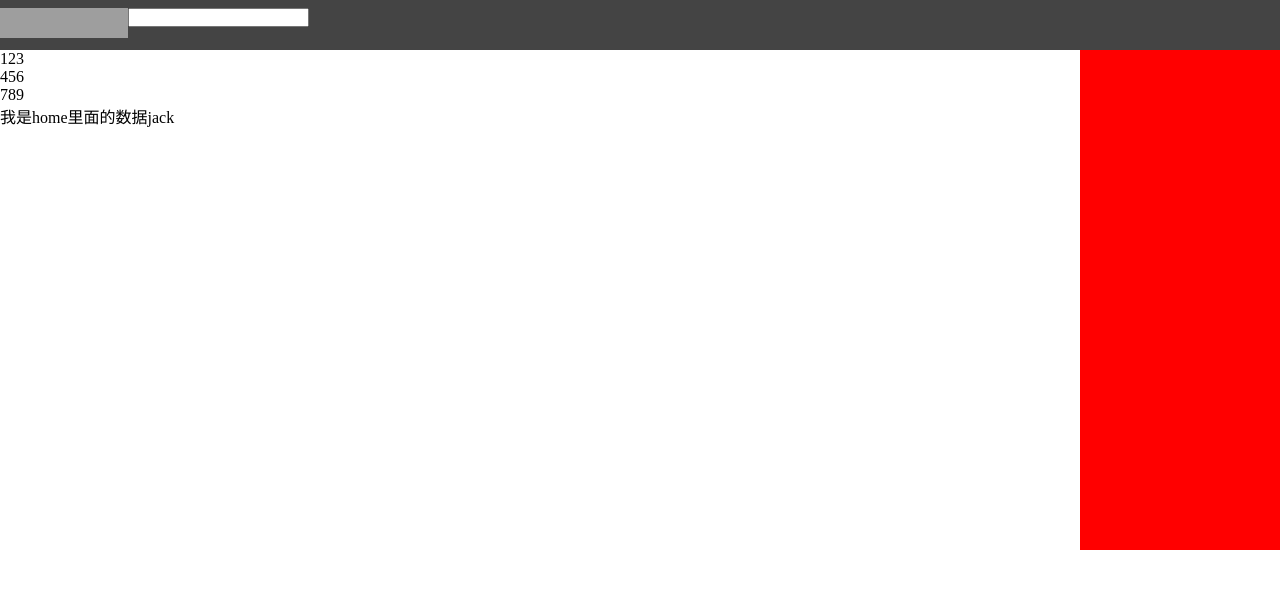
Repository: jinggegeZ/cnode
Page: /
These files come from the project's save history. The page is drawn as it stood at one moment and after the next save; the edit follows.
The browser window is 1280 px wide. The pictures show the whole page.
Pictures or frames that could not be fetched are drawn as grey boxes. The project was rebuilt for these pictures with package versions that can differ from the ones it lists, and the page was loaded fresh each time.

Above is the page before, as saved 2020-06-05 11:32:44.

### src/App.vue
<template>
  <div id="app">
    <router-view/>
  </div>
</template>

<style lang="scss">
   * {
  margin: 0;
  padding: 0;
 }
</style>

### src/router/index.js
import Vue from 'vue'
import VueRouter from 'vue-router'
import Home from '../views/Home.vue'
import layout from '../views/layout1/layout'

Vue.use(VueRouter)

  const routes = [
    {
      path:'/home',
      redirect:'/'
    },
  {
    path:'/',
    name:'layout',
    component: layout,
    children: [
      {
        path: '',
        name: 'Home',
        component: Home
      },
    ]
  },

  {
    path: '/about',
    name: 'About',
    component: () => import('../views/About.vue')
  },
  {
    path: '/parents',
    name: 'parents',
    component: () => import('../views/parents/parents.vue'),

  },
]

const router = new VueRouter({
  mode: 'history',
  base: process.env.BASE_URL,
  routes
})

export default router

### src/store/index.js
import Vue from 'vue'
import Vuex from 'vuex'

Vue.use(Vuex)

export default new Vuex.Store({
  state: {
    name:'jack'
  },
  mutations: {
  },
  actions: {
  },
  modules: {
  }
})

### src/views/Home.vue
<template>
 <div>
  <div>123</div>
  <div>456</div>
  <div>789</div>
  <div>我是home里面的数据{{name}}</div>
 </div>
</template>

<script>

 export default {
   data () {
     return {

     }
   },
   components: {

   },
   methods: {

   },
   mounted() {

   },
   watch: {

   },
   computed: {
     name() {
       return this.$store.state.name
     }
   }
 }
</script>

<style scoped>

</style>

### src/views/layout1/layout.vue
<template>
 <div>
    <div class="container">

            <div class="top">
            <top></top>
            </div>

        <div class="content">
            <div>
                <router-view></router-view>
            </div>
            <div class="right">
                <right></right>
            </div>
        </div>
        <div class="below">
            <foot></foot>
        </div>
    </div>
 </div>
</template>

<script>
    import top from '../../components/top/top'
    import right from '../../components/right/right'
    import foot from '../../components/foot/foot'
 export default {
     name:'layout',
   data () {
     return {

     }
   },
   components: {
       top,
       right,
       foot,
   },
   methods: {

   },
   mounted() {

   },
   watch: {

   },
   computed: {
   }
 }
</script>

<style scoped>
    .container {
        width: 100%;
    }


</style>

### src/components/top/top.vue
<template>
 <div>
    <div class="top">
    <div class="box">
        <div class="b-left">
            <div><img src="//static2.cnodejs.org/public/images/cnodejs_light.svg" alt="" width="128px" height="30px"></div>
            <div class="ipt"><input type="text"></div>
        </div>
        <div></div>
    </div>
    </div>
 </div>
</template>

<script>
 export default {
   data () {
     return {

     }
   },
   components: {

   },
   methods: {

   },
   mounted() {

   },
   watch: {

   },
   computed: {

   }
 }
</script>

<style scoped >
    .top {
        width: 100%;
        height: 50px;
        background:rgb(68,68,68);


    }
    .box {
        max-width: 1400px;
        height: 50px;
        margin: 0 auto;
        display: flex;
        justify-content: space-between;
        align-items: center;
    }
    .b-left {
        display: flex;
    }

</style>

### src/components/right/right.vue
<template>
 <div>
    <div class="right"></div>
 </div>
</template>

<script>
 export default {
   data () {
     return {

     }
   },
   components: {

   },
   methods: {

   },
   mounted() {

   },
   watch: {

   },
   computed: {

   }
 }
</script>

<style scoped>
    .right {
        width: 200px;
        height: 500px;
        background: red;
        position: absolute;
        right: 0;
        top: 50px;
    }
</style>

### src/components/foot/foot.vue
<template>
 <div>
    <div class="foot">
        <div class="f-box"></div>
    </div>
 </div>
</template>

<script>
 export default {
   name: '',
   props: {
   },
   components: {

   },
   data () {
     return {

     }
   },
   methods: {

   },
   mounted() {

   },
   watch: {

   },
   computed: {

   }
 }
</script>

<style scoped>
    .foot {
        width: 100%;
        position: absolute;
        bottom: 0;
    }
    .f-box {
        width: 1400px;
        align-items: center;
        background: skyblue;
    }
</style>

### src/components/below/below.vue
<template>
 <div>
    <div class="foot">
        <div class="f-box"></div>
    </div>
 </div>
</template>

<script>
 export default {
   name: '',
   props: {
   },
   components: {

   },
   data () {
     return {

     }
   },
   methods: {

   },
   mounted() {

   },
   watch: {

   },
   computed: {

   }
 }
</script>

<style scoped>
    .foot {
        width: 100%;
        position: absolute;
        bottom: 0;
    }
    .f-box {
        width: 1400px;
        align-items: center;
        background: skyblue;
    }
</style>

Loaded but not shown: public/index.html (common file); src/main.js (common file)

After the next save:
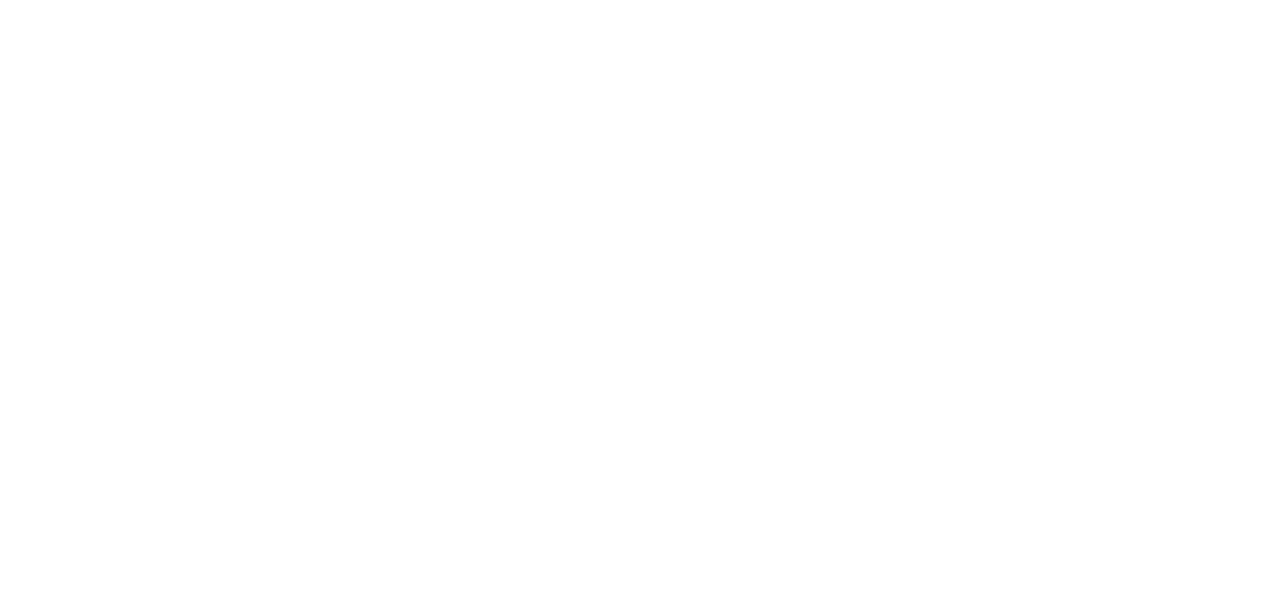
Console error: ReferenceError: foot is not defined
Saved 29 s later.
--- a/src/views/layout1/layout.vue
+++ b/src/views/layout1/layout.vue
@@ -24,7 +24,7 @@
 <script>
     import top from '../../components/top/top'
     import right from '../../components/right/right'
-    import foot from '../../components/foot/foot'
+    import below from '../../components/below/below'
  export default {
      name:'layout',
    data () {

After the save that followed:
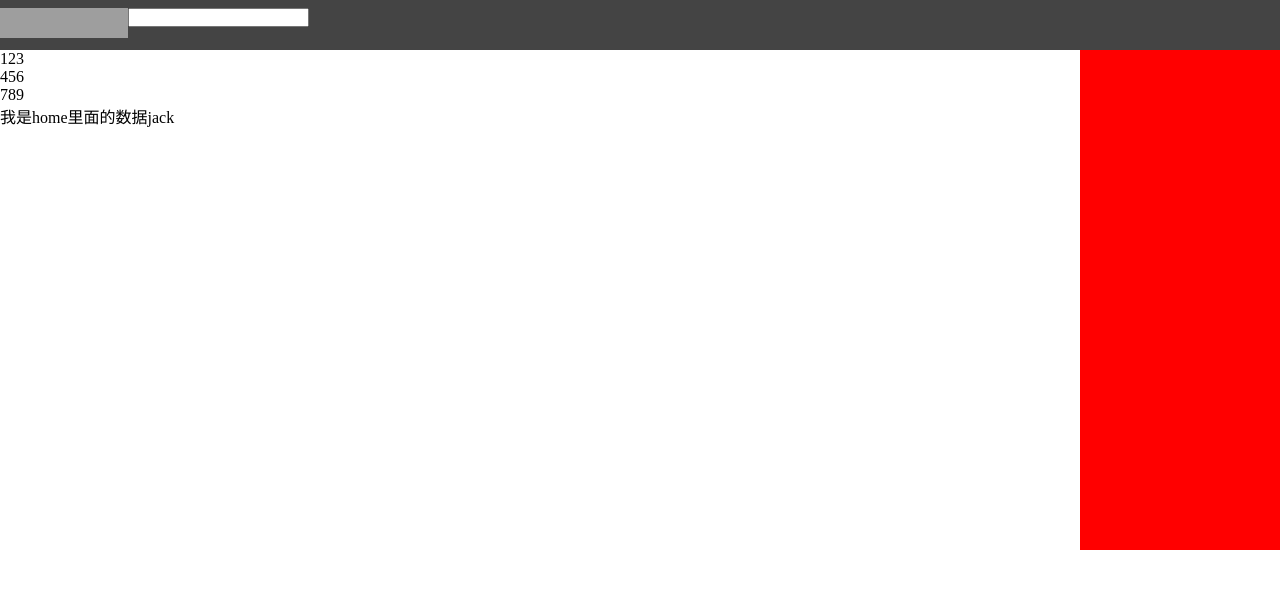
The error is gone.
Saved 29 s later.
--- a/src/views/layout1/layout.vue
+++ b/src/views/layout1/layout.vue
@@ -15,7 +15,7 @@
             </div>
         </div>
         <div class="below">
-            <foot></foot>
+            <below></below>
         </div>
     </div>
  </div>
@@ -35,7 +35,7 @@
    components: {
        top,
        right,
-       foot,
+       below,
    },
    methods: {
 
